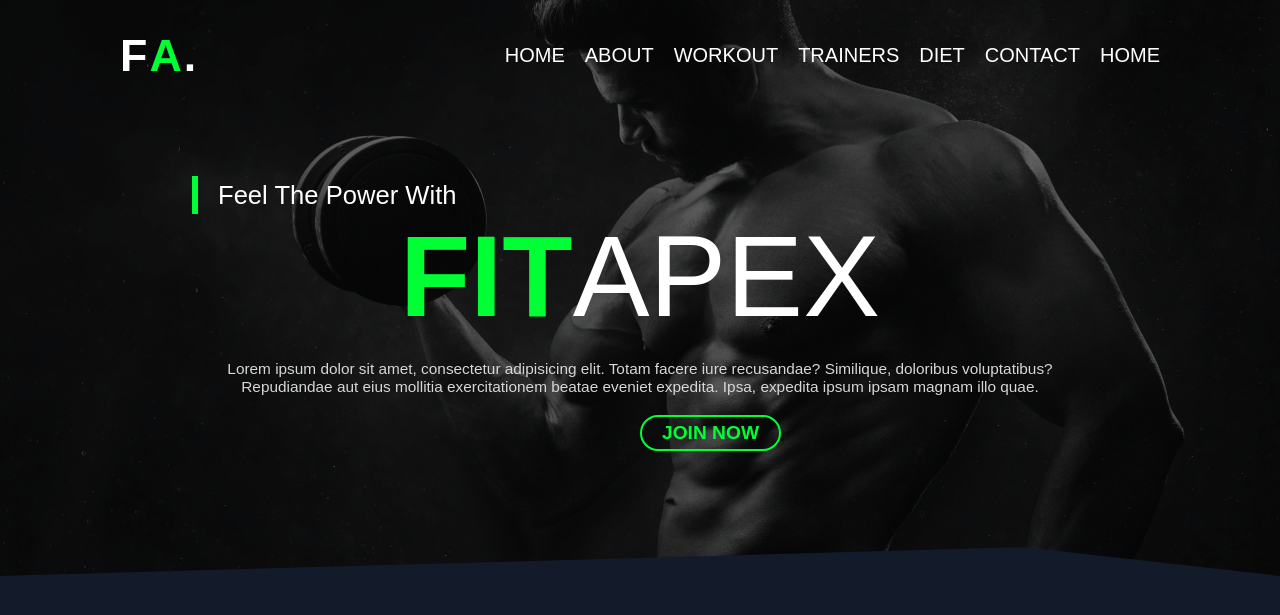
Repository: guilhermecardoso93/fitapex
Page: index.html
The author's editor kept a copy of each file at every save. The page is drawn from the files as they stood at one save, then again after the next save.
The browser window is 1280 px wide. The pictures show the whole page.

Above is the page before, as saved 2023-03-05 21:03:03.

After the next save:
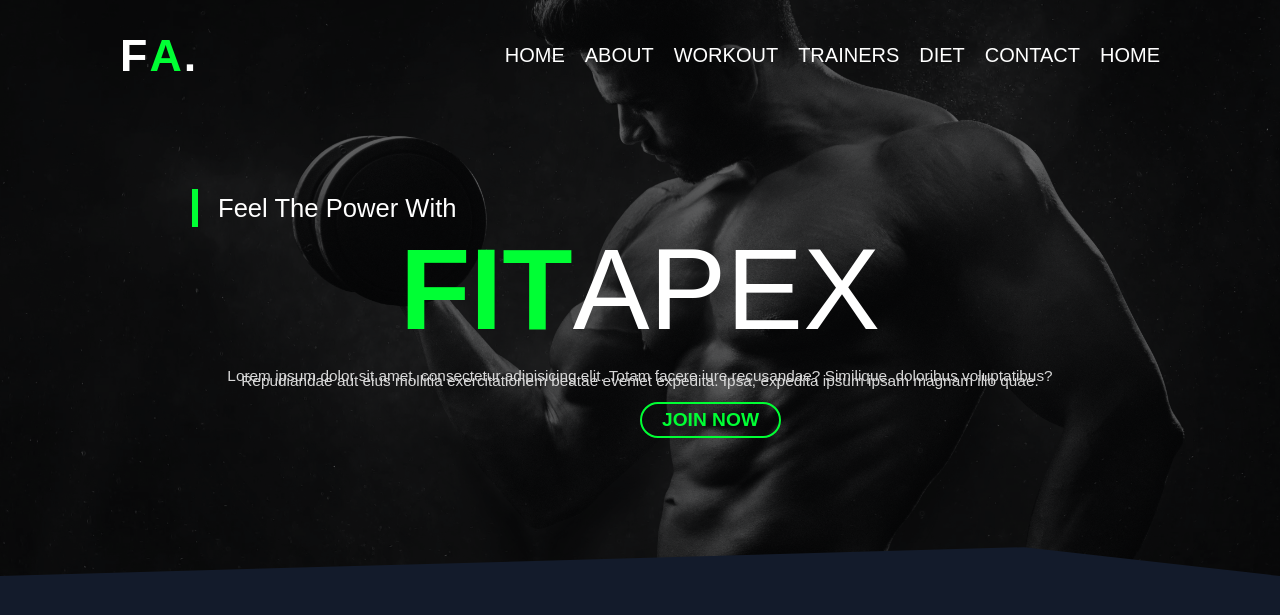
Saved 112 s later.
--- a/css/_home.css
+++ b/css/_home.css
@@ -49,7 +49,7 @@
   font-size: 1.2vw;
   text-align: center;
   font-weight: normal;
-  font-spacing: 0.4;
+  line-height: 5px;
 }
 
 .highlights .join {
